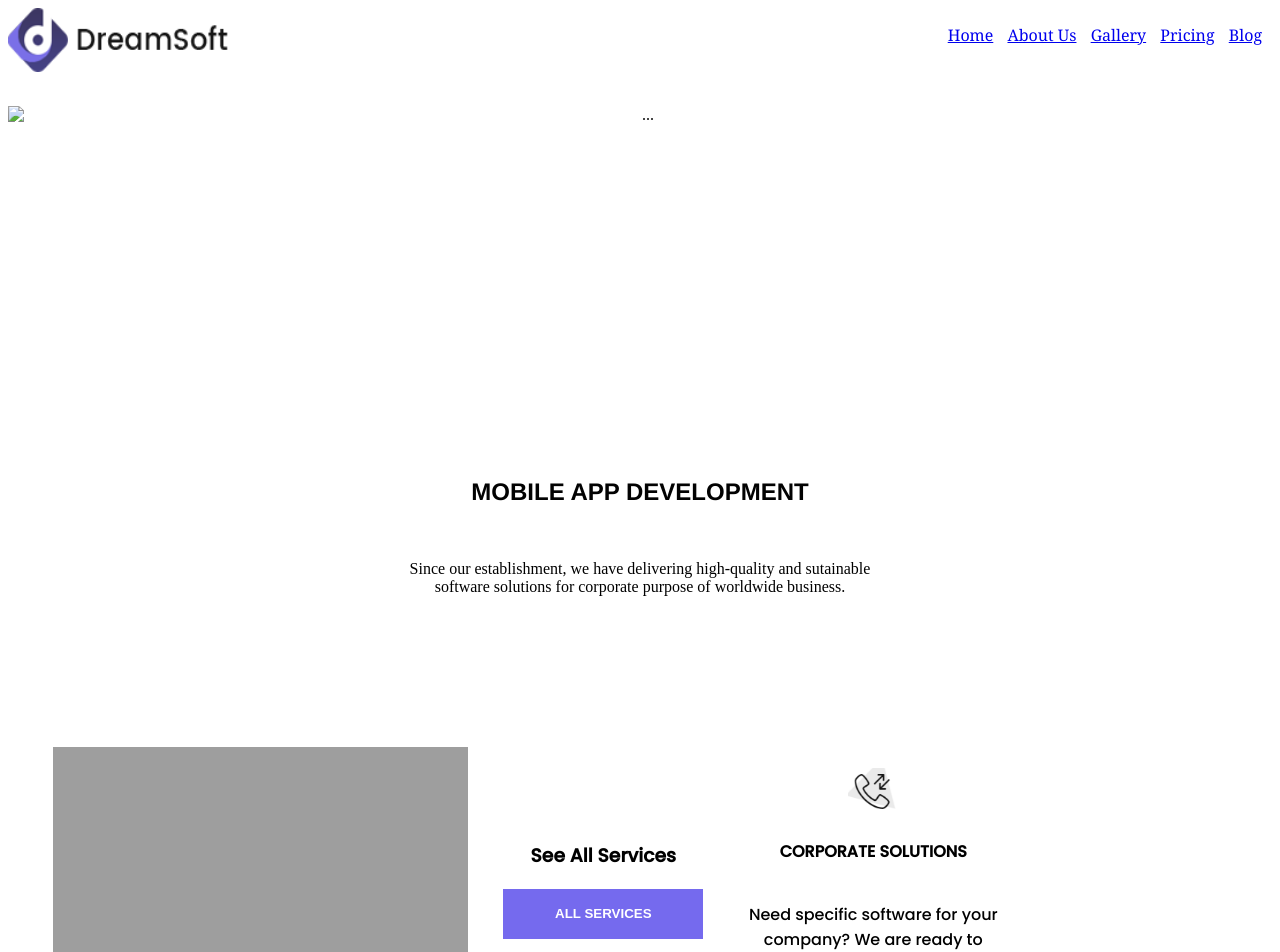
Repository: kkyler24/ladders-bootcamp-awesome
Page: index.html
These files come from the project's save history. The page is drawn as it stood at one moment and after the next save; the edit follows.
The browser window is 1280 px wide. The pictures show the part of the page from y = 0 to 952 px (the page is 5790 px tall).
Pictures or frames that could not be fetched are drawn as grey boxes.

Above is the page before, as saved 2021-03-19 15:31:34.
Not found: img/jumbotron/giorgio-trovato-v_bri4iVuiM-unsplash.jpg

### index.html
<!DOCTYPE html>
<html lang="en">
  <head>
    <meta charset="UTF-8" />
    <meta name="viewport" content="width=device-width, initial-scale=1.0" />
    <link rel="stylesheet" href="style.css" />
    <link rel="stylesheet" href="kstyle.css" />
    <link rel="preconnect" href="https://fonts.gstatic.com">
    <link href="https://fonts.googleapis.com/css2?family=Poppins:wght@500&display=swap" rel="stylesheet">
    <title>Demo</title>
  </head>
  <body>
    <header></header>
    <nav class="container-nav">
      <a class="logopic">
        <img src="./img/jumbotron/logo-default-191x52.png" alt="MCLA LOGO"   height="63.99" width="220">
      </a>
      <div class="nav-link">
      <ul>
        <li class=" list-inline">
          <a href="./index.html">Home</a>
        </li>
        <li class="nav-item active list-inline">
          <a href="./index.html">About Us</a>
        </li>
        <li class="nav-item active list-inline">
          <a href="./index.html">Gallery</a>
        </li>
        <li class="nav-item active list-inline">
          <a href="./index.html">Pricing</a>
        </li>
        <li class="nav-item active list-inline">
          <a href="./index.html">Blog</a>
        </li>
      </ul>
    </div>
      <!-- <button></button> -->

    </nav>
    <!-- jumbotron 3 slides -->
    <div id="jumbotron" class="carousel">
      <!-- <ul class ="carousel-indicators">
          <li data-target="#carouselExampleCaptions" data-slide-to="0" class="active"></li>
          <li data-target="#carouselExampleCaptions" data-slide-to="1"></li>
          <li data-target="#carouselExampleCaptions" data-slide-to="2"></li>
          <li data-target="#carouselExampleCaptions" data-slide-to="3"></li>
      </ul> -->
      <div class="container-jumbo">
          <div class="carousel-item">
              <img id="jumboimgOne"src="./img/jumbotron/giorgio-trovato-v_bri4iVuiM-unsplash.jpg"  alt="..." />
              <div class="jumboheadline">
                <h2 class="jumbotext">Mobile App Development</h2><br>
                  <div id="indext">
                    <p class="jumboPara"> Since our establishment, we have delivering high-quality and sutainable <br> software solutions for corporate purpose of worldwide business.</p>
                  </div>

              </div>
          </div>
          <!-- <div class="carousel-item">
              <img src="Assets/diversity2gether.jpg" class="d-block w-100" alt="..." />
              <div class="carousel-caption d-none d-md-block">
                  <h5>We Celebrate diversity</h5>
              </div>
          </div>
          <div class="carousel-item">
              <img src="Assets/womensrights.jpg" class="d-block w-100" alt="..." />
              <div class="carousel-caption d-none d-md-block">
                  <h5> We charise our choices</h5>
              </div>
          </div>
          <div class="carousel-item">
              <img src="Assets/climate.jpg" class="d-block w-100" alt="..." />
              <div class="carousel-caption d-none d-md-block">
                  <h5> We protect whats ours</h5>
              </div> -->
          </div>
      </div>
  </div>
  <!-- <a class="carousel-control-prev" href="#carouselExampleCaptions" role="button" data-slide="prev">
      <span class="carousel-control-prev-icon" aria-hidden="true"></span>
      <span class="sr-only">Previous</span>
  </a>
  <a class="carousel-control-next" href="#carouselExampleCaptions" role="button" data-slide="next">
      <span class="carousel-control-next-icon" aria-hidden="true"></span>
      <span class="sr-only">Next</span>
  </a> -->
</div>

    </section>

    <section class="all-service-section">
      <!-- see all services -->
          <div class="all-services-img">
            <img src="https://ld-wt73.template-help.com/wt_prod-18959/images/index-1-415x592.jpg" alt="" width="415" height="592">
          </div>

          <div class="all-services-container">

              <div class="corporate-solutions-block">
                <h3 class="all-services-h3">See All Services</h3>
                <button class="all-services-button">All Services</button>
              </div>
              <div class="corporate-solutions-block">
                <img src="./img/icon-phone.PNG" alt="">
                <h4 class="services-title-h4">CORPORATE SOLUTIONS</h4>
                <p class="corporate-solutions-text">Need specific software for your company? We are ready to develop it!</p>
              </div>
              <div class="corporate-solutions-block">
                <img src="./img/icon-headset.PNG" alt="">
                <h4 class="services-title-h4">CALL CENTER SOLUTIONS</h4>
                <p class="corporate-solutions-text">Our experts provide custom products of any complexity for call centers.</p>
              </div>
              <div class="corporate-solutions-block">
                <img src="./img/icon-cloud-box.PNG" alt="">
                <h4 class="services-title-h4">CLOUD DEVELOPMENT</h4>
                <p class="corporate-solutions-text">We can also offer you reliable cloud development solutions.</p>
              </div>

          </div>
    </section>

    <section class="sectThree">
      <!-- latest Projects -->
    </section>

    <section class="achievements-section">
      <!-- achievements -->
      <figure>
      <img src="./img/10.jpg" alt="Animated number ten" height="300" />
      </figure>
      <div class="years-of-experience-container">
        <h1>Years Of Experience</h1>
        <p>
          DreamSoft is a team of highly experienced app designers and developers
          creating unique software for you.
        </p>
        <button class="get-in-touch-button">Get in touch</button>
      </div>
      <div class="achievements-numbers-container">
        <div class="achievements-numbers-block">
          <h2>2k</h2>
          <p>APPS DEVELOPED</p>
        </div>
        <div class="achievements-numbers-block">
          <h2>40</h2>
          <p>CONSULTANTS</p>
        </div>
        <div class="achievements-numbers-block">
          <h2>12</h2>
          <p>AWARDS WON</p>
        </div>
        <div class="achievements-numbers-block">
          <h2>160</h2>
          <p>EMPLOYEES</p>
        </div>
      </div>
      <div class="logo-links-container">
        <figure>
          <img src="./img/clients-9-270x117.png" alt="Mittos Logo" >
        </figure>
        <figure>
          <img src="./img/clients-10-270x117.png" alt="Pompadour Logo" >
        </figure>
        <figure>
          <img src="./img/clients-3-270x117.png" alt="King Map Logo" >
        </figure>
        <figure>
          <img src="./img/clients-11-270x117.png" alt="Highest Quality Logo" >
        </figure>
      </div>
    </section>

    <section class="meet-the-team-section">
      <!-- meet the team -->
      <h2 class="meet-the-team-h2">Meet The Team</h2>

      <div class="meet-the-team-main-container">

          <div class="meet-team-block">
            <img src="./img/ryan-wilson.jpg" alt="">

            <div class="meet-team-text-block">
              <h4 class="meet-the-team-h4">Ryan Wilson</h4>
              <p class="meet-the-team-p">Director of Production</p>
            </div>
          </div>
          <div class="meet-team-block">
            <img src="./img/jill-peterson.jpg" alt="">

            <div class='meet-team-text-block'>
              <h4 class="meet-the-team-h4">Jill Peterson</h4>
              <p class="meet-the-team-p">UI Designer</p>
            </div>
          </div>
          <div class="meet-team-block">
            <img src="./img/sam-robinson.jpg" alt="">

            <div class='meet-team-text-block'>
              <h4 class="meet-the-team-h4">Sam Robinson</h4>
              <p class="meet-the-team-p">Senior Developer</p>
            </div>
          </div>
          <div class="meet-team-block">
            <img src="./img/mary-lee.jpg" alt="">

            <div class='meet-team-text-block'>
              <h4 class="meet-the-team-h4">Mary Lee</h4>
              <p class="meet-the-team-p">Software Developer</p>
            </div>
          </div>

      </div>
    </section>

    <section class="get-more-with-us-section">
      <!-- Get more with us -->
      <section class="get-more-with-us">
        <h1>Get More With Us</h1>
        <div class="numbers">
          <p>01</p>
          <p>02</p>
          <p>03</p>
          <p>04</p>
        </div>
        <h2>GREAT USABILITY</h2>
        <p class="get-more-about-project">
          All our apps are designed to have great usability in
          order to easily operate our applications.
          That is why our software has high ratings and lots of awards.
        </p>
        <button class="get-in-touch-button">Get in touch</button>
        <button class="download-presentation-button">Download presentation</button>
      </section>
      <img src="img/index-4-261x484.png" alt="Screen with Any App You Wish">
      <img src="img/index-5-261x484.png" alt="Screen with Socia Apps">
    </section>

    <section class="what-people-say-section">
      <!-- What People Say -->
      <h2 class="what-people-say-h2">What People Say</h2>

      <div class="what-people-say-main-container">

        <div class="client-container">
          <img src="./img/catherine-wilson.jpg" alt="">
          <div class="client-title">
            <h4 class="client-name-h4">Catherine Williams</h4>
            <p>Regular client</p>
          </div>
          <div class="client-body">
            <p class="client-body-p">DreamSoft offers a high caliber of resources skilled
            in Microsoft Azure .NET, mobile and Quality Assurance. They
            became our true business partners over the past three years.</p>
          </div>
        </div>
        <div class="client-container">
          <img src="./img/rupert-woods.jpg" alt="">
          <div class="client-title">
            <h4 class="client-name-h4">Rupert Wood</h4>
            <p>Regular client</p>
          </div>
          <div class="client-body">
            <p class="client-body-p">DreamSoft powered us with a competent team to develop
            products for banking services. The team has been delivering
            results within budget and time, which is amazing.</p>
          </div>
        </div>
        <div class="client-container">
          <img src="./img/samantha-brown.jpg" alt="">
          <div class="client-title">
            <h4 class="client-name-h4">Samantha Brown</h4>
            <p>Regular client</p>
          </div>
          <div class="client-body">
            <p class="client-body-p">DreamSoft is a highly skilled and uniquely capable
            firm with multitudes of talent on-board. We have
            results within budget and time, which is amazing.
            collaborated on a number of diverse projects that
            have been a great success.</p>
          </div>
        </div>

      </div>

    </section>

    <section class="latest-blog-posts-section">
      <h2 class="what-people-say-h2">Latest Blog Posts</h2>
      <div class="posts-container">
        <div class="post-block">
          <figure>
          <img class="post-cover" src="img/post-10-370x307.jpg">
          <img class="post-date-label" src="img/label.svg">
          <p class="post-label-date">07/04</p>
          </figure>
          <h4 class="block-post-h4">Benefits Of Async/Await</h4>
            <p class="blog-post-p">
            Asynchronous functions are a good and bad thing in JavaScript.
            The good side is that asynchronous functions are non-blocking and…
            </p>
        </div>
        <div class="post-block">
          <figure>
          <img class="post-cover" src="img/post-11-370x307.jpg">
          <img class="post-date-label" src="img/label.svg">
          <p class="post-label-date">07/17</p>
          </figure>
          <h4 class="block-post-h4">Key Considerations Of IPaaS</h4>
            <p class="blog-post-p">
              Digital transformation requires cloud appropriate adoption,
              legacy IT systems modernization, and Agile-based methodologies for faster…
            </p>
        </div>
        <div class="post-block">
          <figure>
          <img class="post-cover" src="img/post-12-370x307.jpg">
          <img class="post-date-label" src="img/label.svg">
          <p class="post-label-date">07/22</p>
          </figure>
          <h4 class="block-post-h4">Hibernate Query Language</h4>
            <p class="blog-post-p">
              In this tutorial, we will discuss the
              Hibernate Query Language. HQL is an object-oriented query language.
              Hibernate Query...
            </p>
        </div>
      </div>
    </section>

    <footer>
      <!-- contacts and info -->
      <section class="footer-contacts">
        <img src="img/logo-inverse-191x52.png" alt="DreamSoft Logo">
        <p class="about-company">
          Our company has been developing high-quality and reliable software
          for corporate needs since 2008. We are renowned professionals of
          software development.</p>
        <div class="address-block-container">
          <div class="one-contact-block">
            <h2>ADDRESS</h2>
            <p>4730 Crystal Springs Dr, Los Angeles, CA 90027</p>
          </div>
          <div class="one-contact-block">
            <h2>PHONES</h2>
            <p>
              <span class="changing-color">+1 323-913-4688</span>
              <span>,</span>
              <span class="changing-color">+1 323-888-4554</span>
            </p>
          </div>
          <div class="one-contact-block">
            <h2>E-MAILS</h2>
            <p>
              <span>info@demolink.org</span>
              <span>,</span>
              <span>mail@demolink.org</span>
            </p>
          </div>
          <div class="social-media-links-container">
            <img src="img/iconfinder_Circled_Facebook.svg" alt="Facebook Icon">
            <img src="img/iconfinder_Circled_Instagram.svg" alt="Facebook Icon">
            <img src="img/iconfinder_Circled_Linkedin.svg" alt="Facebook Icon">
            <img src="img/iconfinder_Circled_Twitter.svg" alt="Facebook Icon">
          </div>
        </div>
      </section>
      <form class="contact-form">
        <h1>Questions? Contact Us</h1>
        <input class="input-field-1" type="text" id="name" name="name" placeholder="Name"><br>
        <input class="input-field-1" type="text" id="email" name="email" placeholder="Email"><br>
        <input class="input-field-2" type="text" id="message" name="message" placeholder="Message"><br>
        <button class="send-message-button">Send message</button>
      </form>
      <section class="what-we-offer">
        <h1>What We Offer</h1>
        <div class="what-we-offer-container">
            <figure class="what-we-offer-item">
              <p>DB Management</p>
              <figure class="triangle"></figure>
            </figure>
            <figure class="what-we-offer-item">
              <p>IOS/MacOS</p>
              <figure class="triangle"></figure>
            </figure>
            <figure class="what-we-offer-item">
              <p>Android Apps</p>
              <figure class="triangle"></figure>
            </figure>
            <figure class="what-we-offer-item">
              <p>Windows Apps</p>
              <figure class="triangle"></figure>
            </figure>
            <figure class="what-we-offer-item">
              <p>UX/UI Apps</p>
              <figure class="triangle"></figure>
          </figure>
        </div>
        </section>
      </footer>
  </body>
</html>

### kstyle.css
/* Navbar git  */
.container-nav {
  display: flex;
}

.list-inline {
  display: inline;
  list-style-type: none;
  padding-right: 10px;
  font-family: Georgia, "Times New Roman", Times, serif;
}

a.logopic {
  flex-flow: row;
  flex-grow: 3;
}

ul.li.a {
  font-family: "Helvetica", sans-serif;
  font-weight: 500;
}

/* Jumbotron */
.jumboPara {
  text-align: center;
}

.jumbotron .container-jumbo {
  max-width: 100%;
  background-color: #222;
}

#jumbotron {
  padding: 30px 0px 30px 0px;
  max-width: 100%;
  background-color: transparent;
  overflow: hidden;
}

.container-jumbo {
  display: flex;
  width: 100%;
  margin: 0 auto;
  height: 561px;
}

.jumbotext {
  text-align: center;
  color: rgb(2, 2, 2);
  font-family: "Raleway", Helvetica, Arial, sans-serif;
  font-weight: 600;
  text-transform: uppercase;
}

.jumboheadline {
  display: flex;
  flex-direction: column;
  height: 506px;
  justify-content: flex-end;
}

#jumboimgOne {
  z-index: 0;
  position: absolute;
  display: flex;
  /* flex-grow: 1; */
  width: 100%;
  overflow-x: hidden;
}

.carousel-item {
  text-align: center;
  width: 100%;
}

.carousel-item,
.jumbotext,
#indext {
  position: relative;
  z-index: 2;
}

Loaded but not shown: style.css (628 lines, source omitted)

After the next save:
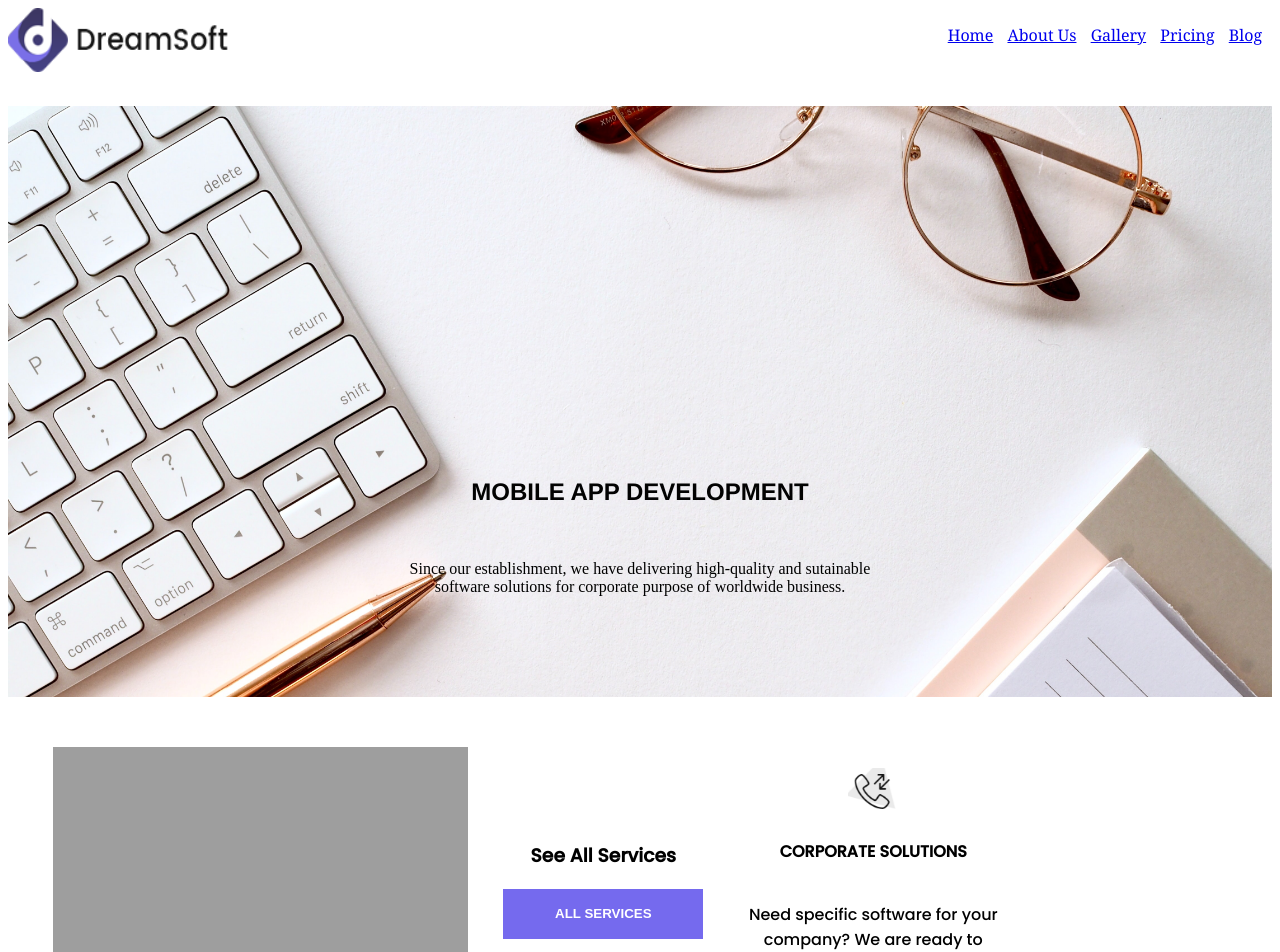
Saved 84 s later.
--- a/index.html
+++ b/index.html
@@ -47,7 +47,7 @@
       </ul> -->
       <div class="container-jumbo">
           <div class="carousel-item">
-              <img id="jumboimgOne"src="./img/jumbotron/giorgio-trovato-v_bri4iVuiM-unsplash.jpg"  alt="..." />
+              <img id="jumboimgOne"src="./img/jumbotron/jess-bailey-q10VITrVYUM-unsplash.jpg"  alt="..." />
               <div class="jumboheadline">
                 <h2 class="jumbotext">Mobile App Development</h2><br>
                   <div id="indext">
